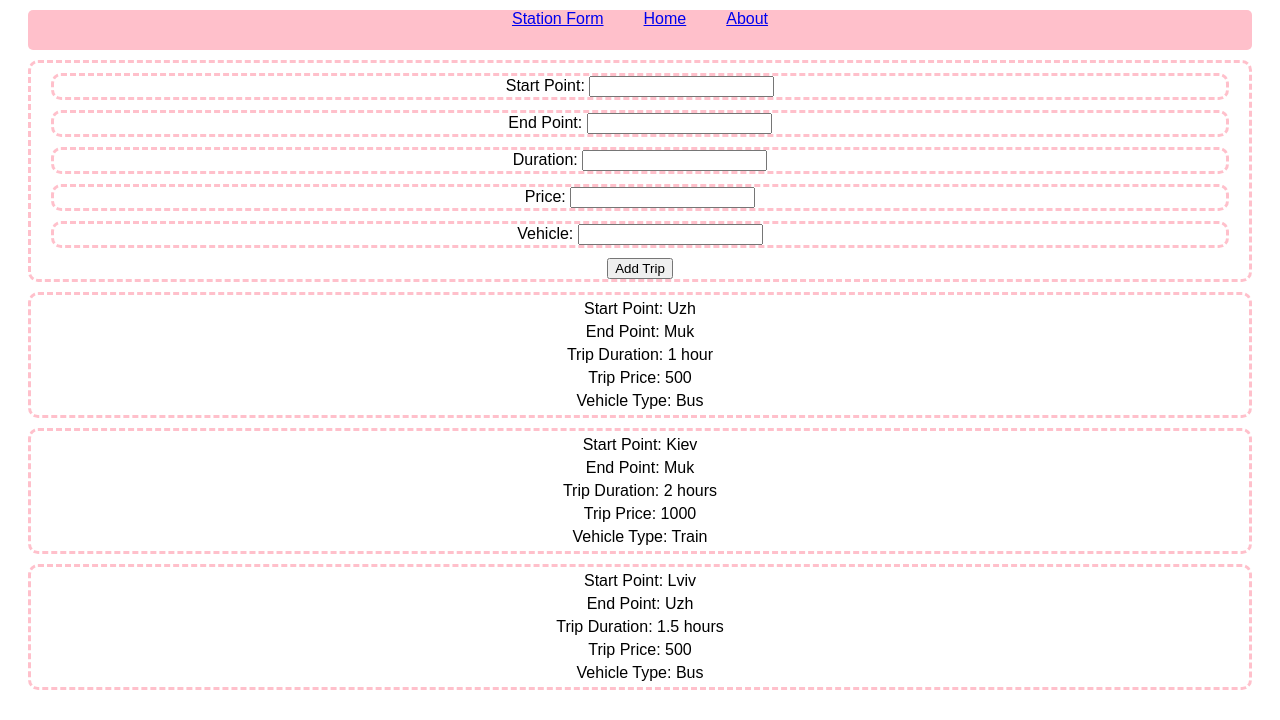
Repository: rutsguifd/mkr2
Page: /#/station-form
The author's editor kept a copy of each file at every save. The page is drawn from the files as they stood at one save, then again after the next save.
The browser window is 1280 px wide. The pictures show the whole page.
The project was rebuilt for these pictures with package versions that can differ from the ones it lists, and the page was loaded fresh each time. Also part of the build but not shown: src/views/Home.vue, src/views/About.vue.

Above is the page before, as saved 2021-12-21 20:36:52.

### src/App.vue
<template>
  <div>
    <router-view />
  </div>
</template>

<script>
  export default {

  }
</script>

<style lang="scss" scoped>

</style>

### src/router/index.js
import { createRouter, createWebHashHistory } from 'vue-router'
import Home from '../views/Home.vue'
import About from '../views/About.vue'
import StationForm from '../views/StationForm.vue'


const routes = [
  {
    path: '/',
    name: 'Home',
    component: Home
  },
  {
    path: '/about',
    name: 'About',
    component: About
  },
  {
    path: '/station-form',
    name: 'StationForm',
    component: StationForm
  }
]

const router = createRouter({
  history: createWebHashHistory(),
  routes
})

export default router

### src/store/index.js
import { createStore } from 'vuex'

export default createStore({
  state: {
    tripInfo: [
      {
        id: 1,
        tripStart: "Uzh",
        tripEnd: "Muk",
        tripDuration: "1 hour",
        tripPrice: "500",
        vehicle: "Bus"
      },
      {
        id: 2,
        tripStart: "Kiev",
        tripEnd: "Muk",
        tripDuration: "2 hours",
        tripPrice: "1000",
        vehicle: "Train"
      },
      {
        id: 3,
        tripStart: "Lviv",
        tripEnd: "Uzh",
        tripDuration: "1.5 hours",
        tripPrice: "500",
        vehicle: "Bus"
      }
    ]
  },
  mutations: {
    addTrip(state, trip) {
      state.tripInfo.push({
        tripStart: trip.start,
        tripEnd: trip.end,
        tripDuration: trip.dur,
        tripPrice: trip.price,
        vehicle: trip.veh
      })
    }
  },
  actions: {
  },
  getters: {
    AllTrips(state) {
      return state.tripInfo
    }
  }
})

### src/views/StationForm.vue
<template>
    <div>
        <Header />
        <AddTrip />
        <trip-card v-for="(trip) in AllTrips" :key="trip.id" :trip="trip"/>
    </div>
</template>

<script>
import {mapGetters} from 'vuex'
import AddTrip from '../components/AddTrip.vue'
import Header from '../components/Header.vue'
import TripCard from '../components/TripCard.vue'
    export default {
        name: "StationForm",
        components: {
            TripCard,
            Header,
            AddTrip
        },
        computed: mapGetters(['AllTrips'])
    }
</script>

<style lang="scss" scoped>
* {
  margin: 0;
  padding: 0;
  box-sizing: border-box;
  font-family: "Fira Sans", sans-serif;
}
</style>

### src/components/Header.vue
<template>
  <div class="header">
    <span><router-link to="/station-form">Station Form</router-link></span>
    <span><router-link to="/">Home</router-link></span>
    <span><router-link to="/about">About</router-link></span>
  </div>
</template>

<script>
export default {};
</script>

<style lang="scss" scoped>
.header{
    height: 40px;
    text-align: center;
    margin: 10px 20px;
    background: pink;
    border-radius: 5px;
    span{
        margin: 0px 20px;
    }
}
</style>

### src/components/AddTrip.vue
<template>
  <div class="add">
    <div>
      <label>
        Start Point:
        <input type="text" v-model="tripStart" />
      </label>
    </div>
    <div>
      <label>
        End Point:
        <input type="text" v-model="tripEnd" />
      </label>
    </div>
    <div>
      <label>
        Duration:
        <input type="text" v-model="tripDuration" />
      </label>
    </div>
    <div>
      <label>
        Price:
        <input type="text" v-model="tripPrice" />
      </label>
    </div>
    <div>
      <label>
        Vehicle:
        <input type="text" v-model="vehicle" />
      </label>
    </div>
    <button @click="add">Add Trip</button>
  </div>
</template>

<script>
import { mapMutations } from "vuex";
export default {
  data() {
    return {
      tripStart: "",
      tripEnd: "",
      tripDuration: "",
      tripPrice: "",
      vehicle: "",
    };
  },
  methods: {
    ...mapMutations(["addTrip"]),
    add() {
      this.addTrip({
        id: Date.now(),
        start: this.tripStart,
        end: this.tripEnd,
        dur: this.tripDuration,
        price: this.tripPrice,
        veh: this.vehicle,
      }),
        (this.tripStart = "");
      this.tripEnd = "";
      this.tripDuration = "";
      this.tripPrice = "";
      this.vehicle = "";
    },
  },
};
</script>

<style lang="scss" scoped>
.add {
    border: 3px dashed pink;
    border-radius: 10px;
    margin: 10px 20px;
    text-align: center;
  div {
      border: 3px dashed pink;
    border-radius: 10px;
    margin: 10px 20px;
  }
}
</style>

### src/components/TripCard.vue
<template>
    <div class="card">
        <div>Start Point: {{trip.tripStart}}</div>
        <div>End Point: {{trip.tripEnd}}</div>
        <div>Trip Duration: {{trip.tripDuration}}</div>
        <div>Trip Price: {{trip.tripPrice}}</div>
        <div>Vehicle Type: {{trip.vehicle}}</div>
    </div>
</template>

<script>
    export default {
        name: "TripCard",
        props: ["trip"]
    }
</script>

<style lang="scss" scoped>
.card{
    text-align: center;
    margin: 10px 20px;
    border: 3px dashed pink;
    border-radius: 10px;
    div{
        margin: 5px 0px;
    }
}
</style>

Loaded but not shown: public/index.html (common file); src/main.js (common file)

After the next save:
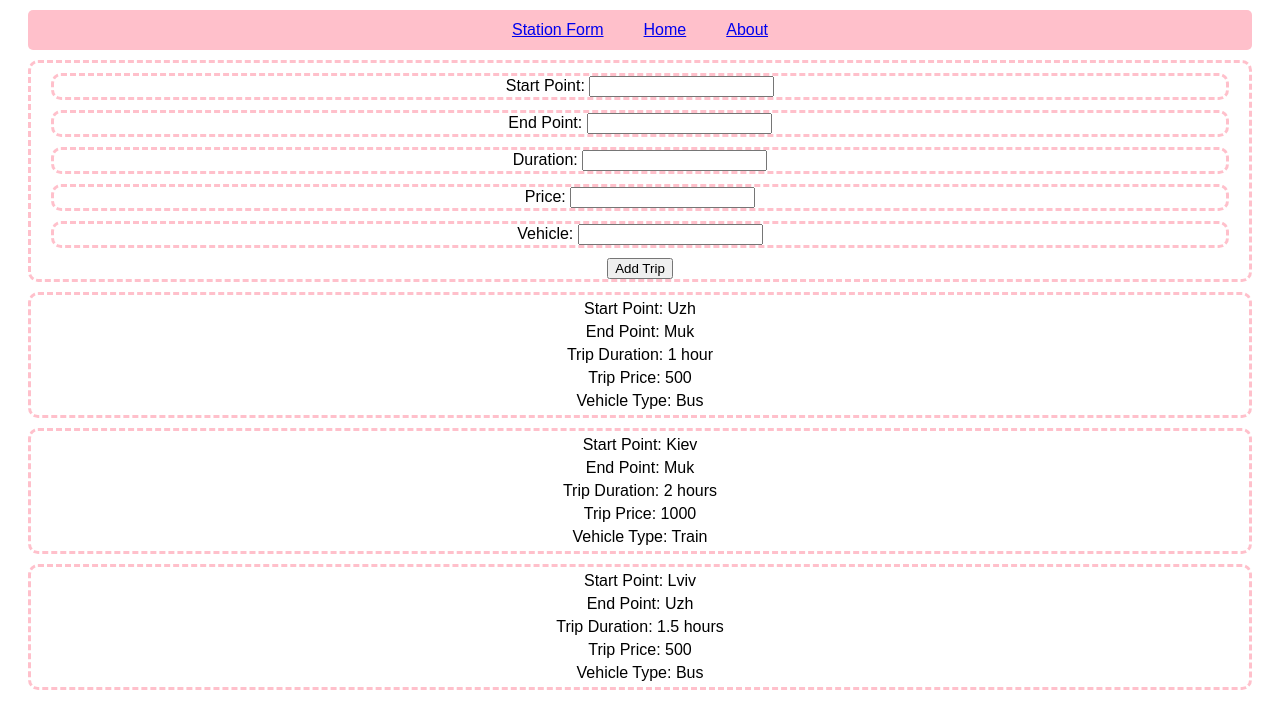
Saved 26 s later.
--- a/src/components/Header.vue
+++ b/src/components/Header.vue
@@ -13,6 +13,7 @@ export default {};
 <style lang="scss" scoped>
 .header{
     height: 40px;
+    align-content: center;
     text-align: center;
     margin: 10px 20px;
     background: pink;
